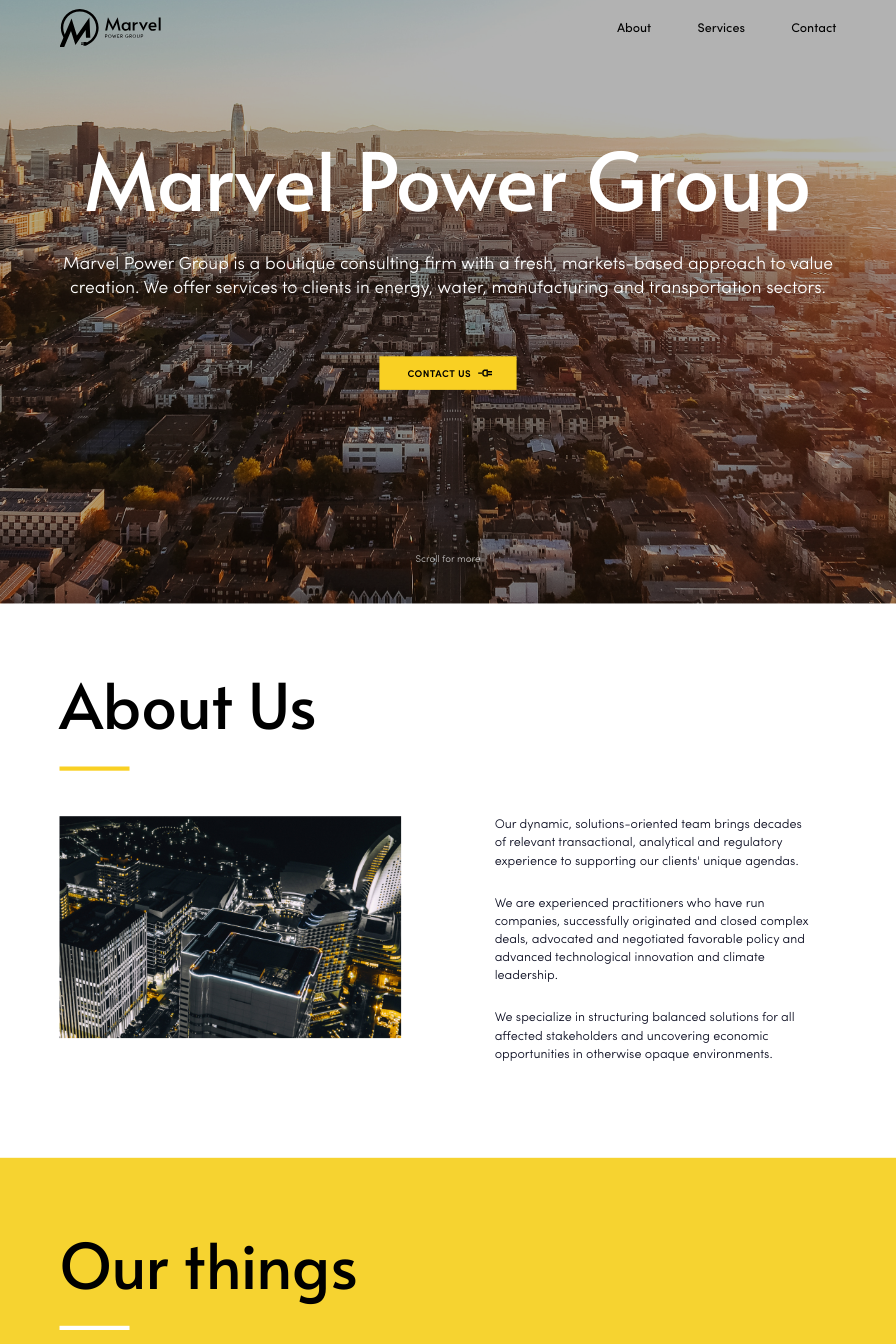
Repository: MorgunovaAlexandra/verstka-test
Page: index.html
The author's editor kept a copy of each file at every save. The page is drawn from the files as they stood at one save, then again after the next save.
The browser window is 1280 px wide. The pictures show the part of the page from y = 0 to 1920 px (the page is 5260 px tall), at 70% of full size.
Some web fonts or font styles are not loaded; a fallback is used.

Above is the page before, as saved 2022-07-10 16:28:07.

### index.html

<!DOCTYPE html>
<html lang="ru">
	<head>
		<title>тестовое</title>
		<link rel="preconnect" href="https://fonts.googleapis.com">
        <link rel="preconnect" href="https://fonts.gstatic.com" crossorigin>
        <link href="https://fonts.googleapis.com/css2?family=Alata&display=swap" rel="stylesheet">

		<link rel="stylesheet" href="css/style.css">
		<meta charset="UTF-8">
		<link rel="preload" href="./fonts/sofiaPro.css" as="font"/>
		<link rel="stylesheet" type="text/css" href="//cdn.jsdelivr.net/npm/slick-carousel@1.8.1/slick/slick.css"/>
		<meta name="viewport" content="width=device-width">
	</head>

	<body>

		<div class="wrapper">

			<header class="header">
				<div class='header__container _container'>
					<div class="header__body">
						<a href="#" class="header__logo">
							<img src="./img/icons/logo 11.41.00.svg" alt="img">
						</a>
						<div class="header__burger">
							<span>

							</span>
						</div>
						<nav class="header__menu">
							<ul class="header__list">
								<li>
									<a href="" class="header__link">About</a>
								</li>
								<li>
									<a href="" class="header__link">Services</a>
								</li>
								<li>
									<a href="" class="header__link">Contact</a>
								</li>

							</ul>

						</nav>
					</div>
				</div>
			</header>
			<main class="page">

            <div class="page__main main">

				<div class="main__container _container">
					<div class="main__content">
						<div class="main__title">Marvel Power Group </div>
						<div class="main__text">Marvel Power Group is a boutique consulting firm with a fresh, markets-based approach to value creation. We offer services to clients in energy, water, manufacturing and transportation sectors.</div>
						<div class="main__action">
							<div class="action__text">CONTACT US</div>
							<img src="./img/icons/rozetka.svg" alt="rozetka">
						</div>
						<div class="main__text2">Scroll for more</div>
					</div>

				</div>

				<div class="main__block-image _ibg">
					<img src="./img/robert-bye-R-WtV-QyVnY-unsplash.png" alt="cover">
				</div>
			</div>

			   <section class="page__about about-us">
				<div class="about-us__container _container">
                     <div class="about-us__title _title">About Us</div>
					 <div class="about-us__body body">
						<div class="body__img">
							<img src="./img/2438 2.jpg" alt="img">
						</div>
						<div class="body__text">Our dynamic, solutions-oriented team brings decades
							of relevant transactional, analytical and regulatory experience to supporting our clients' unique agendas.
							 <p>
								We are experienced practitioners who have run companies, successfully originated and closed complex deals, advocated and negotiated favorable policy and advanced technological innovation and climate leadership.
							</p>
							<p>We specialize in structuring balanced solutions for all affected stakeholders and uncovering economic opportunities in otherwise opaque environments.</p>

							</div>
					 </div>
				</div>

			   </section>
			<section class="page__things things">
                <div class="things__container _container">
					<div class="things__title _titleW">Our things</div>
					<div class="things__cards">
						<div class="card-item">
							<img src="./img/image 839.png">
							<div class="card__text">Roller things</div>
						</div>
						<div class="card-item">
							<img src="./img/binocl.png">
							<div class="card__text">Pipe things</div>
						</div>
						<div class="card-item">
							<img src="./img/sqr.png">
							<div class="card__text">Cube things</div>
						</div>
					</div>
				</div>
			</section>
			<section class="page__slider">
				<div class="slider__container _container">
                     <div class="slider__title _title">Beautiful</div>

					 <div class="slider">
						<div class="slider__item"><img src="./img/Rectangle 1453.png" alt=""></div>
						<div class="slider__item"><img src="./img/Rectangle 1454.png" alt=""></div>
						<div class="slider__item"><img src="./img/Rectangle 1455.png" alt=""></div>
						<div class="slider__item"><img src="./img/Rectangle 1456.png" alt=""></div>
						<div class="slider__item"><img src="./img/Rectangle 1454.png" alt=""></div>
					</div>

					  <div class="slider__text">Our clients are time constrained and under-resourced. Agendas shift, budgets move and priorities change. We understand. We are agile, creative and immediately responsive to your various working styles, governance requirements and evolving needs. </div>
				</div>

			</section>
            <section class="page__services services">
              <div class="services__container _container">
				<div class="servces__title _titleW">Services</div>
				<div class="services__text">Our clients are at the forefront of energy transition and innovation. Their task is complex: balance reliability and cost effectiveness with new customer demands, investment decisions, decarbonization goals and an evolving menu of new technologies. We understand the task and bring deep expertise to addressing these challenges.</div>
				<div class="services__items">
					<div class="services__item item">
                        <div class="item__title">Enterprise Strategy</div>
						<ul class="item__ul">
							<li>Procurement and investment diligence</li>
							<li>Customer engagement and retention</li>
							<li>Renewable, DER, and EV program structuring</li>
							<li>Reliability planning and reporting</li>
						</ul>
						<img class="item__arrow" src="./img/arrow.svg">
					</div>
					<div class="services__item item">
                        <div class="item__title">Wholesale Power </div>
						<ul class="item__ul">
							<li>Commodity advisory and RFPs
								Energy, </li>
							<li>Energy, capacity, REC, RIN, and LCFS placement </li>
							<li>Enterprise PPA structuring
							</li>
							<li>Contract extensions and re-packaging</li>
						</ul>
						<img class="item__arrow" src="./img/arrow.svg">
					</div>
					<div class="services__item item">
                        <div class="item__title">Market Development</div>
						<ul class="item__ul">
							<li>New venture setup</li>
							<li> Demand planning and acquisition
							</li>
							<li>Project development and regulatory support
							</li>
							<li> Partnership structuring
							</li>
						</ul>
						<img class="item__arrow" src="./img/arrow.svg">
					</div>
				</div>
				<div class="services__text2">Our clients are time constrained and under-resourced. Agendas shift, budgets move and priorities change. We understand. We are agile, creative and immediately responsive to your various working styles, governance requirements and evolving needs.  </div>
			  </div>
			</section>
			<section class="page__contact contact">
                 <div class="contact__container _container">
					<div class="contact__text">
                       <div class="contact__title _title">Contact</div>
					   <div class="contact__email">Email us here:<br> <span>info@marvelpowergroup.com</span></div>
					</div>
					<div class="contact__form">
						<div class="form__text">Stay in the loop by getting on our mailing list</div>
						<input type="text" placeholder="NAME *">
						<input type="email" placeholder="E-MAIL *">
						<div class="main__actions">
							<div class="action__text">SEND</div>
							<img src="./img/icons/rozetka.svg" alt="rozetka">
						</div>
					</div>
				 </div>
			</section>
			</main>
		</div>


        <script src="./script-burbger.js"></script>
		<script src="https://code.jquery.com/jquery-3.4.1.slim.min.js"></script>
		<script src="./js/slick.min.js"></script>
		<script src="js/script.js"></script>

	</body>
</html>

Loaded but not shown: js/slick.min.js (library); script-burbger.js (22 lines, source omitted); js/script.js (29 lines, source omitted); css/style.css (978 lines, source omitted)

After the next save:
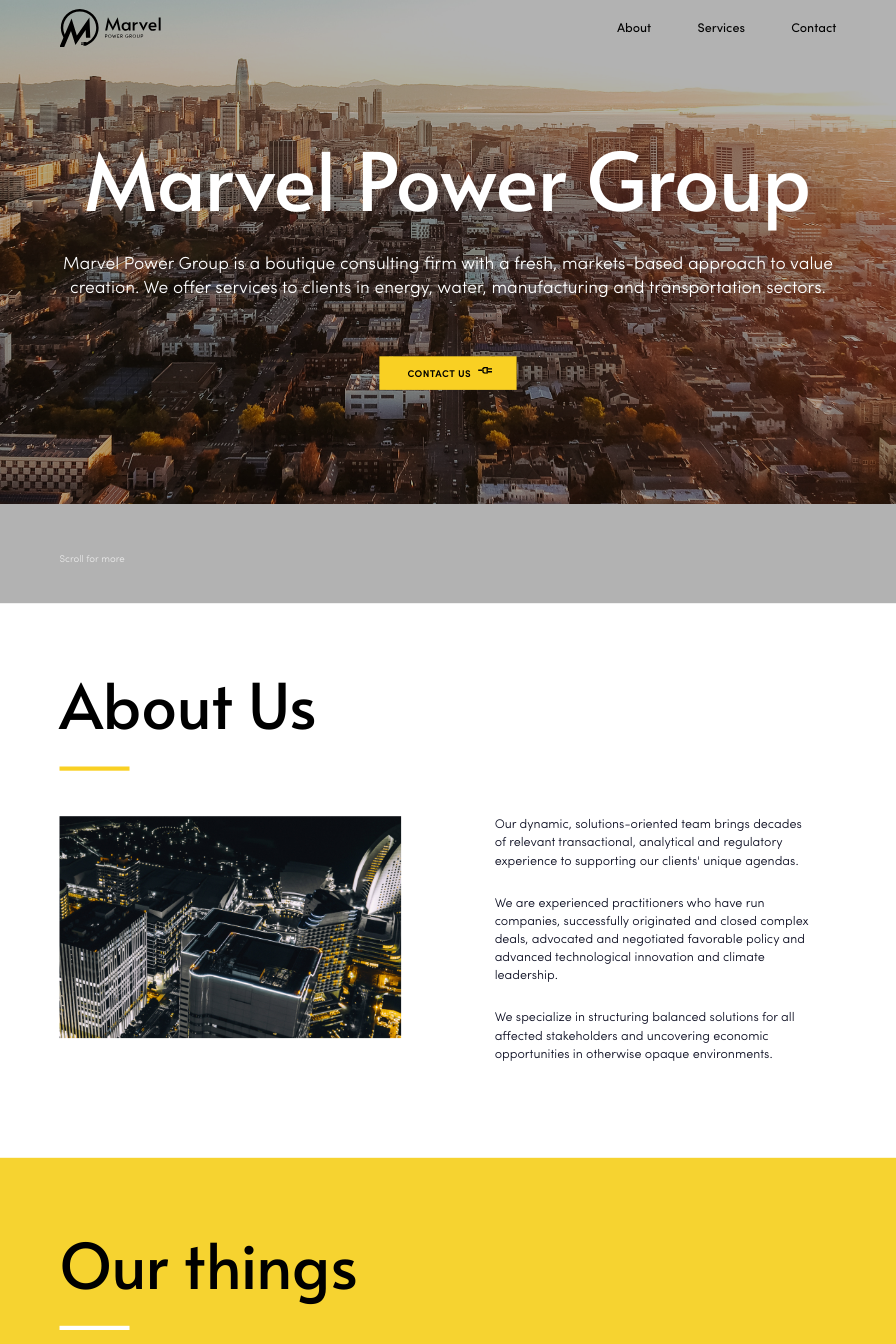
Saved 5 days later.
--- a/index.html
+++ b/index.html
@@ -55,7 +55,7 @@
 					<div class="main__content">
 						<div class="main__title">Marvel Power Group </div>
 						<div class="main__text">Marvel Power Group is a boutique consulting firm with a fresh, markets-based approach to value creation. We offer services to clients in energy, water, manufacturing and transportation sectors.</div>
-						<div class="main__action">
+						<button class="main__action">
 							<div class="action__text">CONTACT US</div>
 							<img src="./img/icons/rozetka.svg" alt="rozetka">
 						</div>

After the save that followed:
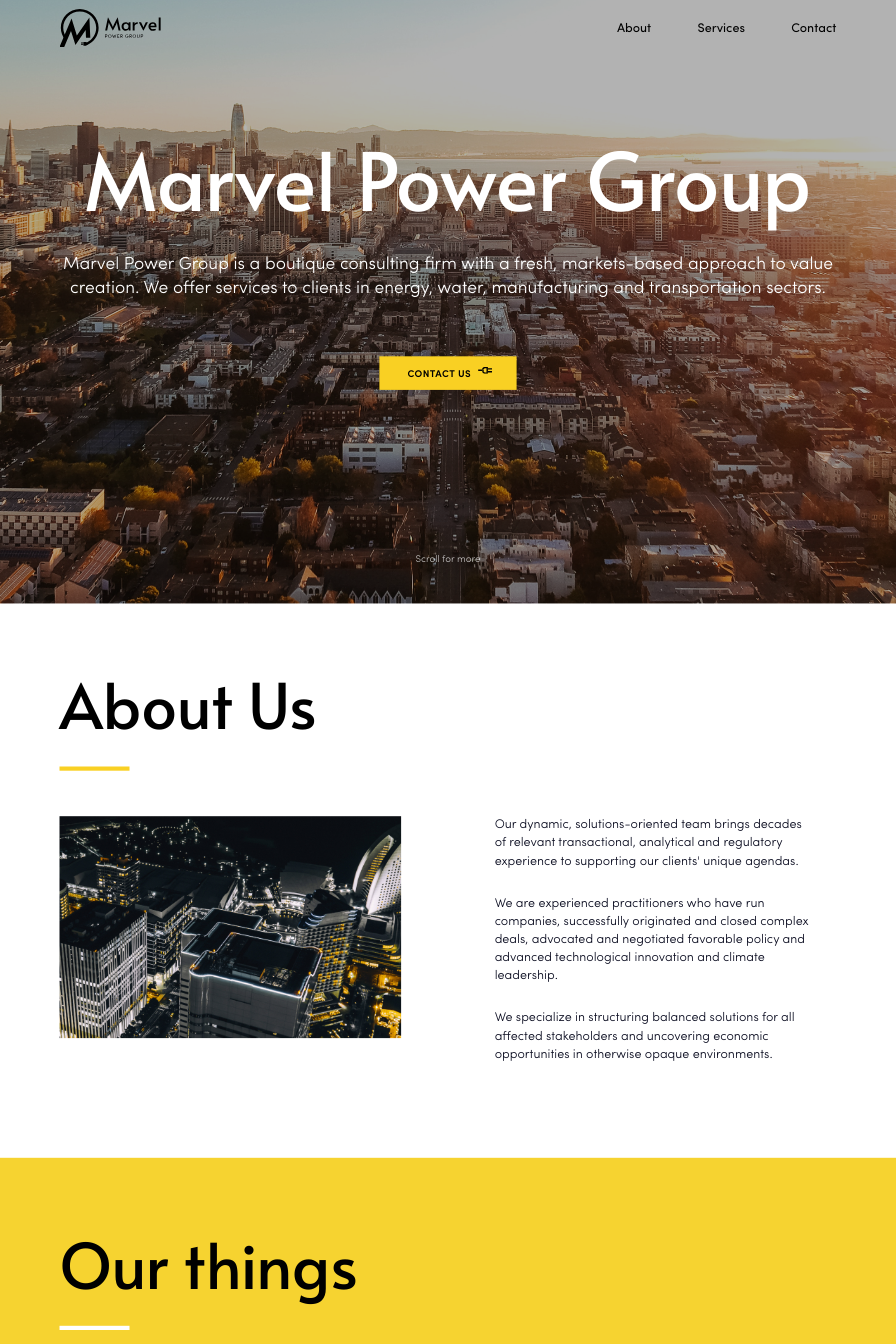
Saved 4 s later.
--- a/index.html
+++ b/index.html
@@ -58,7 +58,7 @@
 						<button class="main__action">
 							<div class="action__text">CONTACT US</div>
 							<img src="./img/icons/rozetka.svg" alt="rozetka">
-						</div>
+						</button>
 						<div class="main__text2">Scroll for more</div>
 					</div>
 
